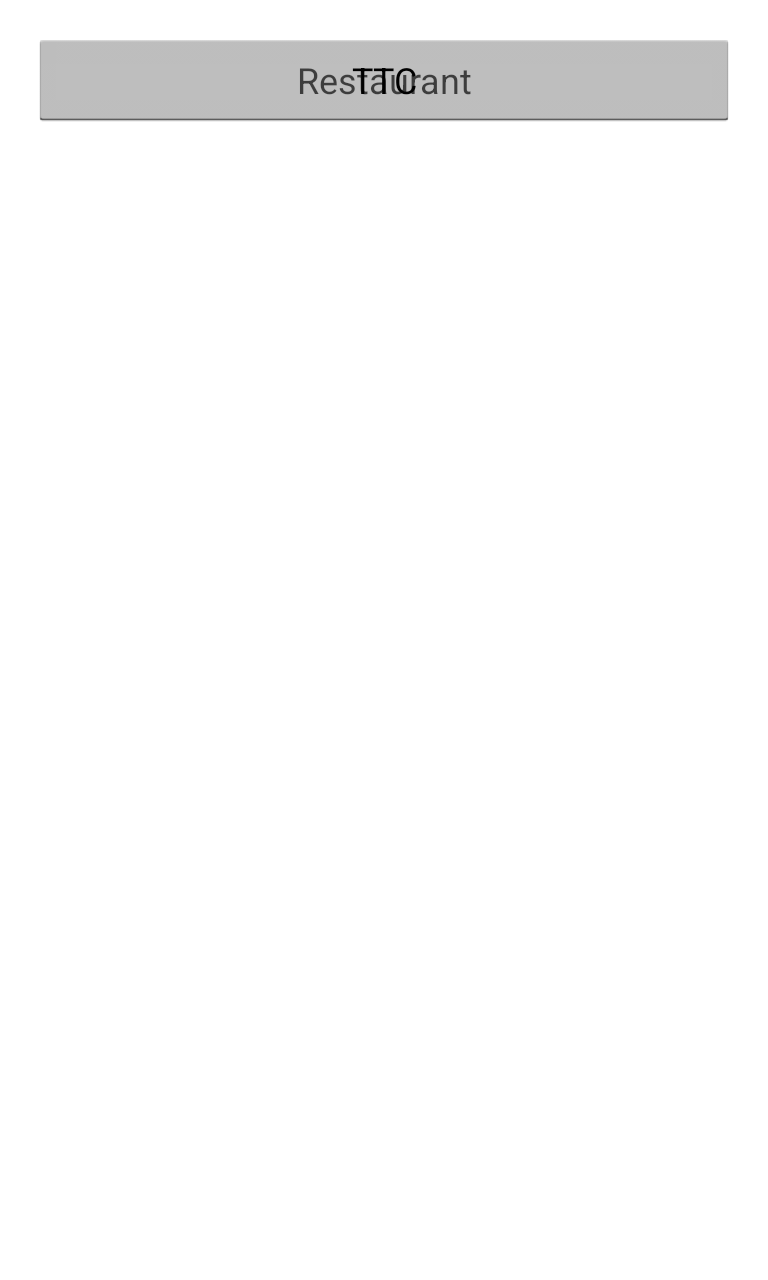
Repository: AldrichW/McGill-Hacks
Layout: TapInto/res/layout/fragment_main_dummy.xml
An editor plug-in stored every save of this project. The layout is shown before and after the next save, followed by the edit.
It is drawn on a 768 x 1280 px phone screen (xhdpi) without system bars, with theme AppTheme; the app's code is not run.

Above is the layout before, as saved 2014-02-21 07:09:31.

### TapInto/res/layout/fragment_main_dummy.xml
<RelativeLayout xmlns:android="http://schemas.android.com/apk/res/android"
    xmlns:tools="http://schemas.android.com/tools"
    android:layout_width="match_parent"
    android:layout_height="match_parent"
    android:paddingBottom="@dimen/activity_vertical_margin"
    android:paddingLeft="@dimen/activity_horizontal_margin"
    android:paddingRight="@dimen/activity_horizontal_margin"
    android:paddingTop="@dimen/activity_vertical_margin"
    tools:context=".MainActivity$DummySectionFragment" >

    <TextView
        android:id="@+id/section_label"
        android:layout_width="wrap_content"
        android:layout_height="wrap_content" />

    <Button
        android:id ="@+id/restaurant_button"
        android:layout_width = "fill_parent"
        android:layout_height = "wrap_content"
        android:text = "@string/restaurant"
        />

    <Button
        android:id ="@+id/ttc_button"
        android:layout_width = "fill_parent"
        android:layout_height = "wrap_content"
        android:text = "@string/ttc"
        />

</RelativeLayout>

### TapInto/res/values/strings.xml
<?xml version="1.0" encoding="utf-8"?>
<resources>

    <string name="app_name">TapInto</string>
    <string name="action_settings">Settings</string>
    <string name="tap_section">Tap</string>
    <string name="history_section">History</string>
    <string name="explore_section">Explore</string>
    <string name="action_server">CallServer</string>
    <string name="action_search">SearchActivity</string>
    <string name="restaurant">Restaurant</string>
    <string name="ttc">TTC</string>

</resources>

Loaded but not shown: TapInto/res/values/styles.xml (common file); TapInto/res/values-v11/styles.xml (common file); TapInto/res/values-v14/styles.xml (common file); TapInto/res/values/dimens.xml (common file)

After the next save:
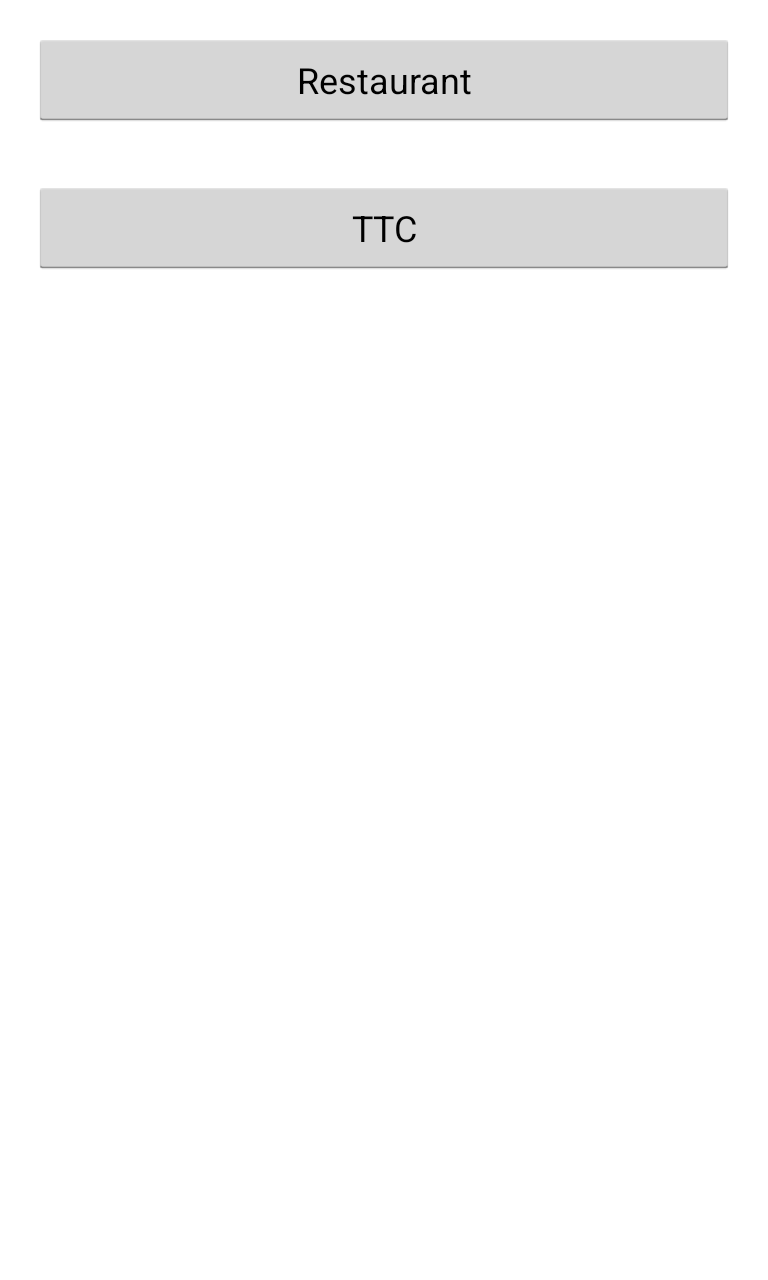
Saved 61 s later.
--- a/TapInto/res/layout/fragment_main_dummy.xml
+++ b/TapInto/res/layout/fragment_main_dummy.xml
@@ -21,10 +21,12 @@
         />
 
     <Button
-        android:id ="@+id/ttc_button"
-        android:layout_width = "fill_parent"
-        android:layout_height = "wrap_content"
-        android:text = "@string/ttc"
-        />
+        android:id="@+id/ttc_button"
+        android:layout_width="fill_parent"
+        android:layout_height="wrap_content"
+        android:layout_alignLeft="@+id/restaurant_button"
+        android:layout_below="@+id/restaurant_button"
+        android:layout_marginTop="26dp"
+        android:text="@string/ttc" />
 
 </RelativeLayout>
